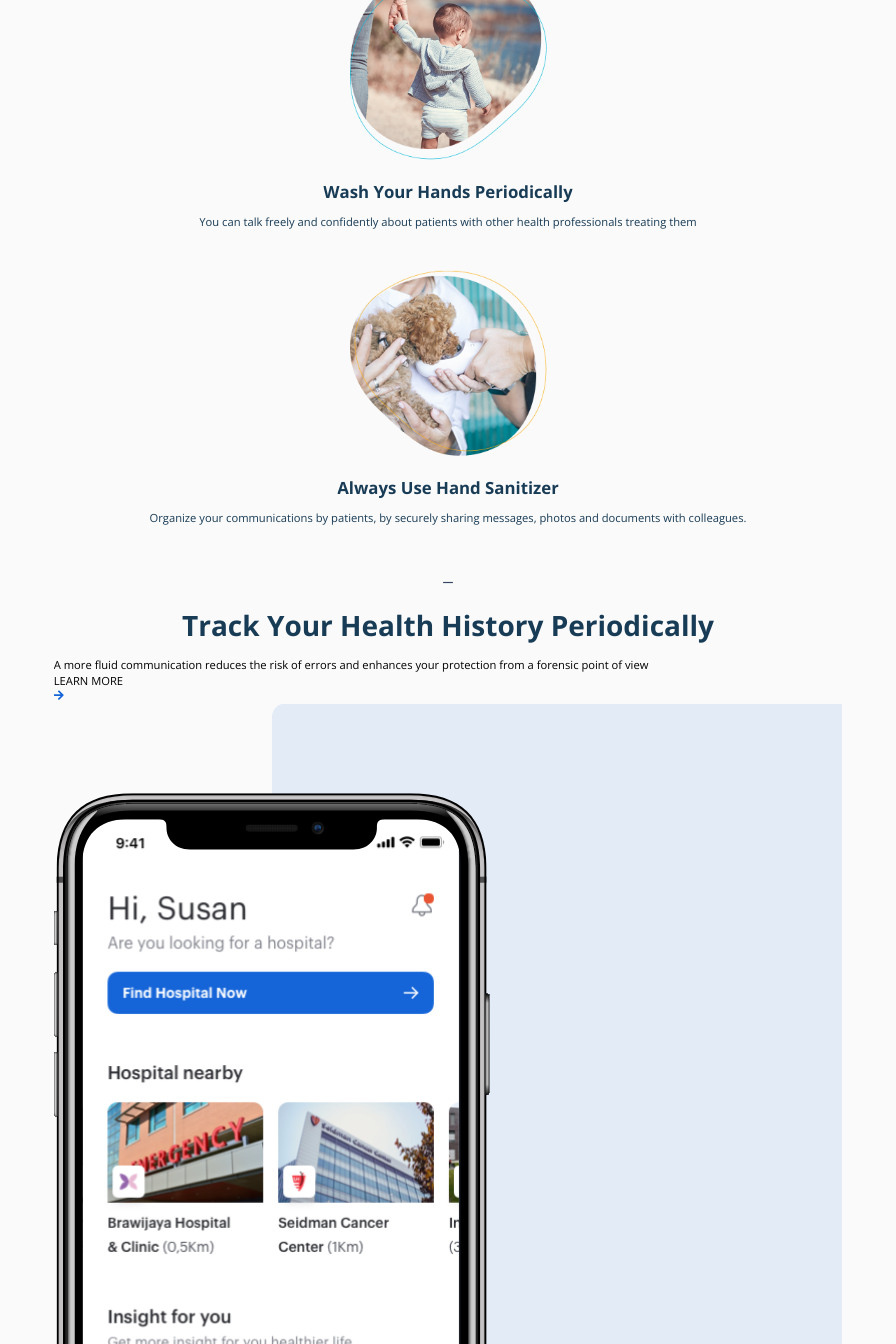
Repository: Esttevo/prova-html-css
Page: index.html
The author's editor kept a copy of each file at every save. The page is drawn from the files as they stood at one save, then again after a run of saves.
The browser window is 1280 px wide. The pictures show the part of the page from y = 4210 to 6130 px (the page is 8466 px tall), at 70% of full size.
A picture or video elsewhere on the page could not be fetched, so the positions and the page height are approximate.

Above is the page before, as saved 2026-09-01 15:08:07.

### index.html
<!DOCTYPE html>
<html lang="en">
<head>
    <meta charset="UTF-8">
    <meta name="viewport" content="width=device-width, initial-scale=1.0">
    <title>Document</title>
    <link rel="stylesheet" href="style.css">
</head>
<body>
    <header>
        <img id="header-logo" src="img/icons/Logo.svg" alt="Logo escrita EHYA">

        <nav id="header-nav">
            <a class="no-chevron" href="#">Home</a>
            <a class="with-chevron" href="#">
                Landings
                <img src="img/icons/icon-chevron-down.svg" alt="indica que possui uma lista ao clicar">
            </a>
            <a class="with-chevron" href="#">
                Pages
                <img src="img/icons/icon-chevron-down.svg" alt="indica que possui uma lista ao clicar">
            </a>
            <a href="#">Docs</a>
            <a href="#">Help</a>
            <button>Get it now</button>
        </nav>

        <img src="img/icons/icon-menu-hamburger.svg" alt="Menu hamburger">
    </header>

    <main>
        <section id="section-hero">
            <div id="hero-text">
                <div id="bar-text">
                    <div class="stylization-bar"> a</div>

                    <h4>
                        Changing the way you
                        go to healthcare
                    </h4>
                </div>

                <h1>
                    Primary Care
                    Designed for
                    Real Life
                </h1>

                <p>
                Discuss patients, share notes and documents in a secure manner and be part of a network of health professionals ready to
                collaborate better.
                </p>

                <form id="form-hero" action="#">
                    <input id="text-write" type="text" placeholder="name@youremail.com">
                    <input id="button" type="submit" value="Subscribe">
                </form>
            </div>
            <img src="img/image-hero.png" alt="4 medicos sorrindo e uma medica sobrepondo os 4">
        </section>

        <section id="section-connect">
            <div id="connect-title-subtitle">
                <h2>
                    Connect easily. Collaborate efficiently.
                </h2>

                 <p>
                    Rather than do things the
                    ypical way, we’ve created
                    a membership-based primary
                    care practice truly designed
                    around your needs.
                </p>
            </div>

           <img src="img/Dashboard.svg" alt="dashboard de exemplo de um sistema de agendamento">

           <div id="cards-advantages">
                <div id="card-advantages-doctor">
                     <h2>01</h2>
                     <h3>For Doctor</h3>
                     <p>
                         You get an in-house
                         team to guide and advocate
                         for you through questions
                     </p>
                </div>

                <div id="card-advantages-patient">
                     <h2>02</h2>
                     <h3>For Patient</h3>
                     <p>
                         You get an in-house
                         team to guide and advocate
                         for you through questions
                     </p>
                </div>

                <div id="card-advantages-clinician">
                     <h2>03</h2>
                     <h3>For Clinician</h3>
                     <p>
                         You get an in-house
                         team to guide and advocate
                         for you through questions
                     </p>
                </div>
            </div>
        </section>

        <section id="section-protect">
            <h2>
                Protect yourself and your family first.
            </h2>

            <div id="protect-content-tips">
                <div class="content-tips-card">
                    <img src="img/icons/icon-house.svg" alt="">

                    <h3>
                        Stay at Home first
                    </h3>

                    <p>
                        Our technology makes
                        it practically impossible
                        for any patient data breach to occur
                    </p>
                </div>

                <div class="content-tips-card">
                    <img src="img/icons/icon-hand.svg" alt="">

                    <h3>
                        Wash Your Hands Periodically
                    </h3>

                    <p>
                        You can talk freely and confidently
                        about patients with other health professionals
                         treating them
                    </p>
                </div>

                <div class="content-tips-card">
                    <img src="img/icons/icon-remedy.svg" alt="">

                    <h3>
                        Consume more Vitamin C
                    </h3>

                    <p>
                        A more fluid communication reduces
                        the risk of errors and enhances your
                        protection from a forensic point of view
                    </p>
                </div>

                <div class="content-tips-card">
                    <img src="img/icons/icon-medicament.svg" alt="">

                    <h3>
                        Always Use Hand Sanitizer
                    </h3>

                    <p>
                        Organize your communications
                        by patients, by securely sharing
                        messages, photos and documents
                        with colleagues.
                    </p>
                </div>
            </div>
        </section>

        <section id="section-modern">
            <h2>
                Modern clinics.
                Smart, hassle
                -free care.
            </h2>

            <div id="modern-cards-content">
                <div class="modern-content-img-text">
                    <img src="img/image-medic.svg" alt="equipamentos de medico">
                    <h3>
                        Consume more Vitamin C
                    </h3>

                    <p>
                        A more fluid communication reduces
                        the risk of errors and enhances your
                        protection from a forensic point of view
                    </p>
                </div>

                <div class="modern-content-img-text">
                    <img src="img/image-kid-dad.png" alt="cachorro tomando agua no colo">
                    <h3>
                        Stay at Home first
                    </h3>

                    <p>
                        Our technology makes
                        it practically impossible
                        for any patient data breach to occur
                    </p>
                </div>

                <div class="modern-content-img-text">
                    <img src="img/image-kid.png" alt="Criança caminhando de mão dada">
                    <h3>
                        Wash Your Hands Periodically
                    </h3>

                    <p>
                        You can talk freely and confidently
                        about patients with other health professionals
                         treating them
                    </p>
                </div>

                <div class="modern-content-img-text">
                    <img src="img/image-dog.png" alt="cachorro tomando agua no colo">
                    <h3>
                        Always Use Hand Sanitizer
                    </h3>

                    <p>
                        Organize your communications
                        by patients, by securely sharing
                        messages, photos and documents
                        with colleagues.
                    </p>
                </div>
            </div>
        </section>

        <section id="section-health">
            <div class="health-content-text">
                <div class="stylization-bar"></div>

                <h2>
                     Track Your Health
                     History Periodically
                </h2>

                <p>
                 A more fluid communication reduces
                 the risk of errors and enhances your
                 protection from a forensic
                 point of view
                </p>

                <div id="learn-more">
                     <p>LEARN MORE</p>
                     <img src="img/icons/icon-arrow-right.svg" alt="seta para a direita, clique para ler mais">
                </div>
            </div>

           <img id="image-mobile" src="img/image-health-mobile.svg" alt="iphone em um site de localização de hospitais com mapa e busca">
            <img id="image-desktop" src="img/image-health-desktop.svg" alt="iphone em um site de localização de hospitais com mapa e busca">
           <div id="count-pages">
                <p>1/4 screen</p>

                <div id="img-arrow">
                    <img src="img/icons/icon-button-left.svg" alt="botão para tela da esquerda">
                    <img src="img/icons/icon-button-right.svg" alt="botão para tela da direita">
                </div>
           </div>
        </section>

        <section id="section-resources">
            <article class="selected-resources-card">
                <img src="img/icons/icon-docs.png" alt="simbolo de documento">

                <h3>Stay at Home first</h3>

                <p>
                    A more fluid communication
                    reduces the risk of errors.
                </p>

                <a href="#">
                    READ ARTICLE
                </a>
            </article>

            <article class="resources-card">
                <img src="img/icons/icon-docs.png" alt="simbolo de documento">

                <h3>
                    Wash Your Hands
                </h3>

                <p>
                    A more fluid communication
                    reduces the risk of errors.
                </p>

                <a href="#">
                    READ ARTICLE
                </a>
            </article>

            <article class="resources-card">
                <img src="img/icons/icon-docs.png" alt="simbolo de documento">

                <h3>Use Hand Sanitizer</h3>

                <p>
                    A more fluid communication
                    reduces the risk of errors.
                </p>

                <a href="#">
                    READ ARTICLE
                </a>
            </article>

            <article class="resources-card">
                <img src="img/icons/icon-docs.png" alt="simbolo de documento">

                <h3>Consume Vitamin C</h3>

                <p>
                    A more fluid communication
                    reduces the risk of errors.
                </p>

                <a href="#">
                    READ ARTICLE
                </a>
            </article>
        </section>

        <section id="section-updates">
            <h2>be the first to know our updates</h2>

            <form action="#">
                <input  type="text" id="name" name="name" placeholder="&#xF007; Teste">
                <input  type="text" id="name" name="name" placeholder="&#xF007; Teste">
                <input type="submit" value="Subscribe Us">
            </form>
        </section>
    </main>

    <footer id="footer">
        <div id="footer-content-nav">
            <nav class="nav-footer">
                <a class="nav-title" href="#">Product</a>
                <a class="nav-item" href="#">Landingpage</a>
                <a class="nav-item" href="#">Features</a>
                <a class="nav-item" href="#">Documentation</a>
                <a class="nav-item" href="#">Referral Program</a>
                <a class="nav-item" href="#">Pricing</a>
            </nav>

            <nav class="nav-footer">
                <a class="nav-title" href="#">Services</a>
                <a class="nav-item" href="#">Documentation</a>
                <a class="nav-item" href="#">Design</a>
                <a class="nav-item" href="#">Themes</a>
                <a class="nav-item" href="#">Illustrations</a>
                <a class="nav-item" href="#">UI Kit</a>
            </nav>

            <nav class="nav-footer">
                <a class="nav-title" href="#">Company</a>
                <a class="nav-item" href="#">About</a>
                <a class="nav-item" href="#">Terms</a>
                <a class="nav-item" href="#">Privacy Policy</a>
                <a class="nav-item" href="#">Careers</a>
            </nav>

            <nav class="nav-footer">
                <a class="nav-title" href="#">More</a>
                <a class="nav-item" href="#">Documentation</a>
                <a class="nav-item" href="#">License</a>
                <a class="nav-item" href="#">Changelog</a>
            </nav>
        </div>

        <img src="img/icons/Logo.svg" alt="simbolo de logo">

        <p>Build a modern and creative website with crealand</p>

        <div id="icons-footer">
            <a href="#"><img src="img/icons/Icon-google.svg" alt="icone redirecionamento google"></a>
            <a href="#"><img src="img/icons/icon-twitter.svg" alt="icone redirecionamento email"></a>
            <a href="#"><img src="img/icons/icon-instagram.svg" alt="icone redirecionamento instagram"></a>
            <a href="#"><img src="img/icons/icon-linkedin.svg" alt="icone redirecionamento linkedIn"></a>
        </div>
    </footer>
</body>
</html>

### style.css
@import url('https://fonts.googleapis.com/css2?family=Inter:ital,opsz,wght@0,14..32,100..900;1,14..32,100..900&display=swap');
@import url('https://fonts.googleapis.com/css2?family=Inter:ital,opsz,wght@0,14..32,100..900;1,14..32,100..900&family=Open+Sans:ital,wght@0,300..800;1,300..800&display=swap');

:root {
    --primary-background-color: #FAFAFA;
    --secundary-background-color: #FFFFFF;

    --primary-color: #1565D8;

    --primary-title-font-color: #183B56;

    --primary-subtitle-font-color: #5A7184;

    --primary-font-family: "Open Sans", sans-serif;
    --secundary-font-family: "Inter", sans-serif;

    --color-spacing: #E3E7ED;
}

* {
    margin: 0;
    padding: 0;
    text-decoration: none;
    box-sizing: border-box;
    overflow-x: hidden;
}

body {
    font-family: var(--primary-font-family);
    background-color: var(--primary-background-color);
}

header {
    display: flex;
    justify-content: space-between;
    padding: 1.2rem 1.5rem;

}

#header-nav {
    display: none;
}

#bar-text {
    display: flex;
    flex-direction: column;
    align-items: center;
    gap: 1rem;
    padding: 1.2rem 3rem;
}

.stylization-bar {
    background-color: #344563;;
    width: 14px;
    height: 2px;
    justify-self: center;
}

#bar-text h4 {
    font-size: clamp(14px, 1vw, 30px);
    text-align: center;
    line-height: 150%;
    color: var(--primary-title-font-color);
}

#section-hero {
    display: flex;
    flex-direction: column;
    padding: 0 clamp(1.25rem, 6vw, 9rem);
}

#section-hero h1 {
    color: var(--primary-title-font-color);
    text-align: center;
    line-height: 125%;
    font-weight: 700;
    letter-spacing: 0.2;
    font-family: var(--secundary-font-family);
    padding: 0 1rem;
    font-size: clamp(32px, 5vw, 56px);
}

#section-hero p {
    color: var(--primary-subtitle-font-color);
    text-align: center;
    font-size: 1rem;
    padding-top: 1rem;
    line-height: 175%;
}

#section-hero form {
    display: flex;
    flex-direction: column;
    width: clamp(280px, 100%, 400px);
    padding: 2rem 0;
    justify-self: center;
}

#section-hero #text-write {
    height: 3.8rem;
    border: none;
    border-radius: 0.5rem;
    padding: 1rem;
    font-family: var(--primary-font-family);
}

#section-hero #button {
    background-color: var(--primary-color);
    border: none;
    font-size: var(--primary-font-family);
    color: #FFFFFF;
    border-radius: 0.5rem;
    padding: 0.5rem 0;
    height: 2.5rem;
}

#section-hero img {
    width: clamp(280px, 100%, 540px);
    align-self: center;
    padding-bottom: 3rem;
}

#section-connect {
    display: flex;
    flex-direction: column;
    padding: 0 clamp(1.25rem, 6vw, 9rem);

}

#connect-title-subtitle h2{
    border-top: 1px solid var(--color-spacing);
    color: var(--primary-title-font-color);
    text-align: center;
    padding: 1rem;
    padding-top: 3.7rem;
    line-height: 125%;
    font-family: var(--secundary-font-family);
}

#connect-title-subtitle p {
    color: var(--primary-subtitle-font-color);
    text-align: center;
    line-height: 175%;
    padding-bottom: 0.5rem;
}

#section-connect img {
    width: 438px;
    /* fica certo aos 498, nsei como fazer ainda*/
}

#cards-advantages {
    display: flex;
    flex-direction: column;
    padding-bottom: 3.7rem;
    border-bottom: 1px solid var(--color-spacing);
}

#first-card-advantages {
    display: flex;
    flex-direction: column;
    background-color: var(--secundary-background-color);
    padding: 1rem 1.5rem 1rem 1.5rem;
    border: 1px solid #F8F9FA;
    border-radius: 8px;

}

#first-card-advantages h2 {
    color: var(--primary-color);
    font-size: clamp(24px, 3vw, 48px);
    padding-bottom: 0.8rem;
}

#first-card-advantages h3 {
    font-family: var(--secundary-font-family);
    color: var(--primary-title-font-color);
    padding-bottom: 0.5rem;
}

#first-card-advantages p {
    color: var(--primary-subtitle-font-color);
}

#second-card-advantages {
    display: none;
}

#third-card-advantages {
    display: none;
}

#section-protect {
    display: flex;
    flex-direction: column;
    align-content: center;
    padding: 0 clamp(1.25rem, 6vw, 9rem);

}

#section-protect h2  {
    font-family: var(--secundary-font-family);
    font-size: clamp(24px, 3vw, 48px);
    color: var(--primary-title-font-color);
    padding-bottom: 2rem;
    padding-top: 4rem;
    text-align: center;
    letter-spacing: 0.2;
    font-weight: 700;
}

#protect-content-tips {
    display: flex;
    flex-direction: column;
}

.content-tips-card {
    display: flex;
    flex-direction: column;
    align-items: center;
    padding-bottom: 5rem;
}

.content-tips-card img {
    width: clamp(82px, 9vw, 130px);
    align-self: center;
    margin: 2rem;
}

.content-tips-card h3 {
    font-family: var(--secundary-font-family);
    font-size: clamp(16px, 3vw, 20px);
}
.content-tips-card p {
    color: var(--primary-subtitle-font-color);
    text-align: center;
    padding-top: 0.6rem;
    line-height: 170%;
}

#section-modern {
    display: flex;
    flex-direction: column;
    padding: 0 clamp(1.25rem, 6vw, 9rem);
    margin-bottom: 4.8rem;
}

#section-modern h2 {
    color: var(--primary-title-font-color);
    padding-left: 1rem;
    padding-right: 1rem;
    padding-top: 4.5rem;
    border-top: 1px solid var(--color-spacing);
    font-size: clamp(28px, 5vw, 48px);
    text-align: center;
    line-height: 130%;
}

.modern-content-img-text {
    display: flex;
    flex-direction: column;
    justify-content: center;
    align-items: center;

    padding-top: 3.5rem;
}

.modern-content-img-text h3 {
    color: var(--primary-title-font-color);
    padding-top: 1.8rem;
    padding-bottom: 14px;
    font-size: clamp(22px, 2vw, 24px);
    text-align: center;
}

.modern-content-img-text p {
    color: var(--primary-title-font-color);
   font-size: clamp(14px, 2vw, 16px);
    line-height: 170%;
    text-align: center;
}

#section-health {
    display: flex;
    flex-direction: column;
    padding: 0 clamp(1.25rem, 6vw, 9rem);
    justify-content: center;
}

#section-health .stylization-bar {
    margin-bottom: 2rem;
}

#section-health h2 {
    color: var(--primary-title-font-color);
    font-size: clamp(28px, 5vw, 40px);
    text-align: center;
    margin-bottom: 1.2rem;
}

After the next 5 saves:
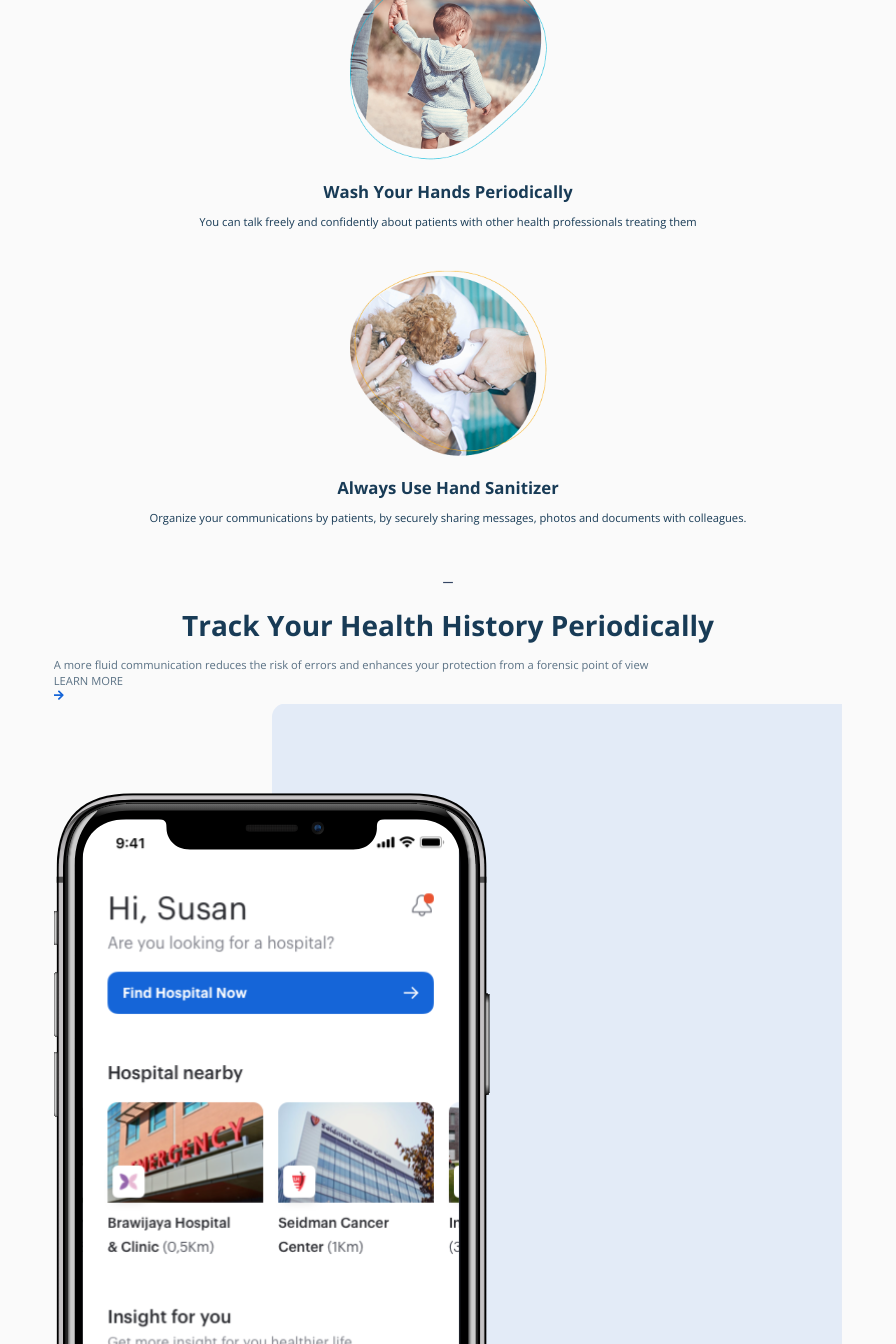
The 5 saves are shown as one change because they came seconds apart.
The last was saved 24 s later.
--- a/style.css
+++ b/style.css
@@ -296,4 +296,10 @@ header {
     font-size: clamp(28px, 5vw, 40px);
     text-align: center;
     margin-bottom: 1.2rem;
-}
+    font-family: var();
+}
+
+#section-health p {
+    color: var(--primary-subtitle-font-color);
+
+}
